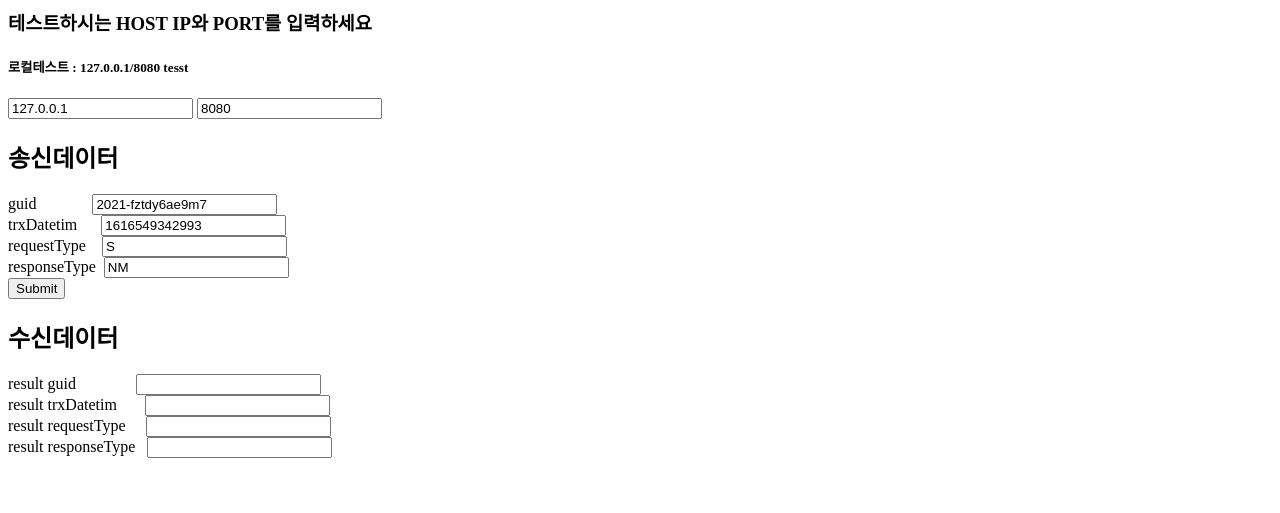
Repository: kchan75/kakaobank
Page: inserver/src/main/resources/static/index.html
These files come from the project's save history. The page is drawn as it stood at one moment and after the next save; the edit follows.
The browser window is 1280 px wide. The pictures show the whole page.

Above is the page before, as saved 2021-03-24 10:33:05.

After the next save:
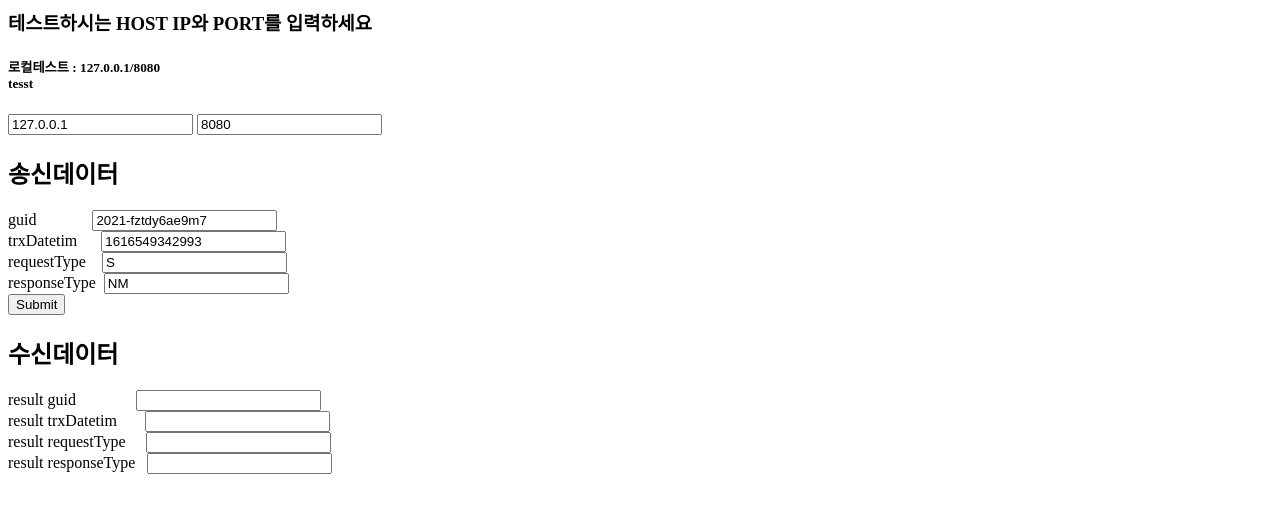
Saved 25 s later.
--- a/inserver/src/main/resources/static/index.html
+++ b/inserver/src/main/resources/static/index.html
@@ -12,7 +12,7 @@
 
 <body >
 	<h3>테스트하시는 HOST IP와 PORT를 입력하세요</h3>
-	<h5>로컬테스트 : 127.0.0.1/8080
+	<h5>로컬테스트 : 127.0.0.1/8080</br>
 	    tesst</h5>
 	<input type="text" id="sendHost" value="127.0.0.1" />
 	<input type="text" id="sendPost" value="8080" />
